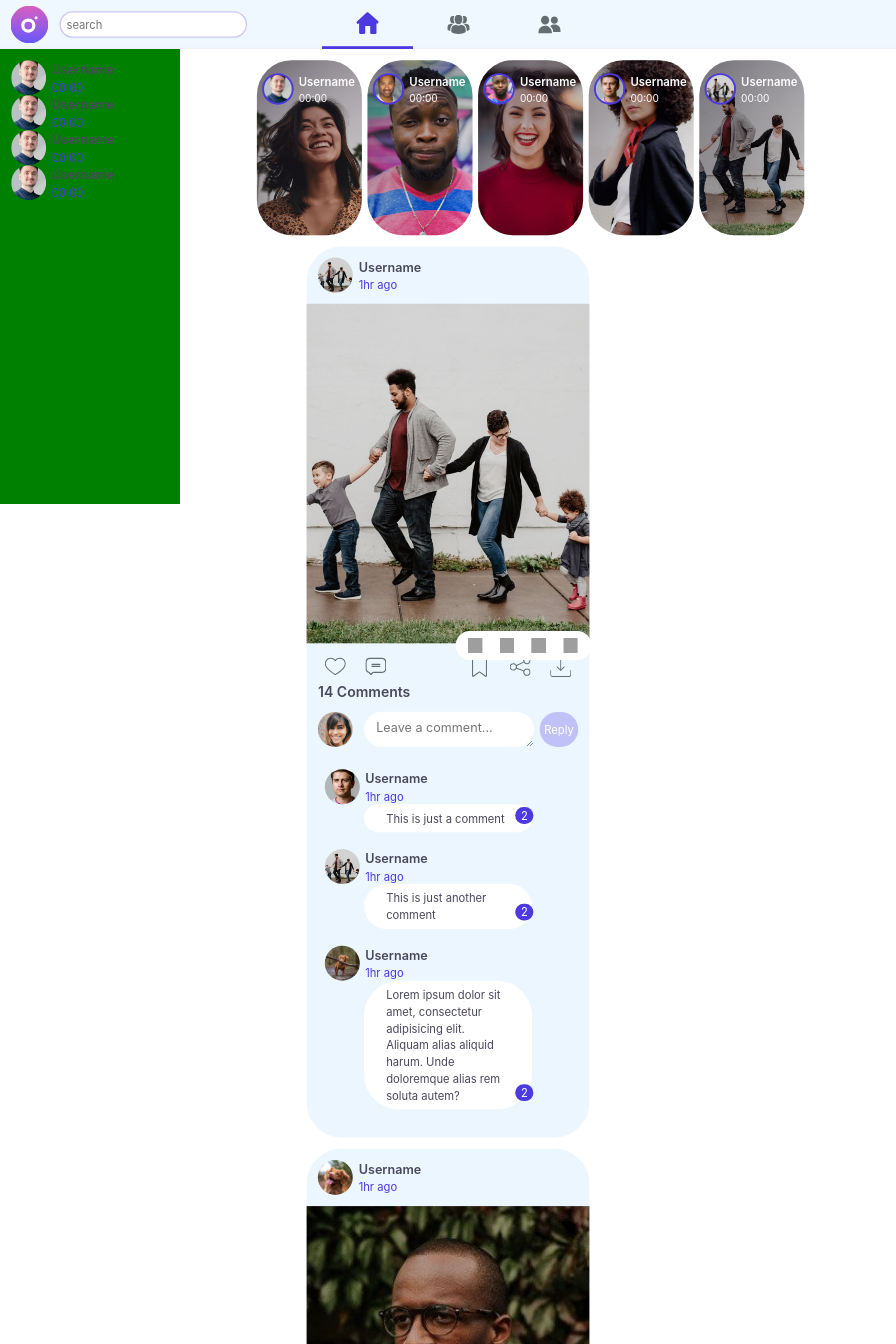
Repository: Flovet-stack/memic
Page: home.html
An editor plug-in stored every save of this project. The page is shown before and after the next save, followed by the edit.
The browser window is 1280 px wide. The pictures show the part of the page from y = 0 to 1920 px (the page is 3302 px tall), at 70% of full size.
Pictures or frames that could not be fetched are drawn as grey boxes. Some web fonts or font styles are not loaded; a fallback is used.

Above is the page before, as saved 2020-10-17 19:12:54.
Console error: TypeError: Cannot read properties of undefined (reading 'fn')

After the next save:
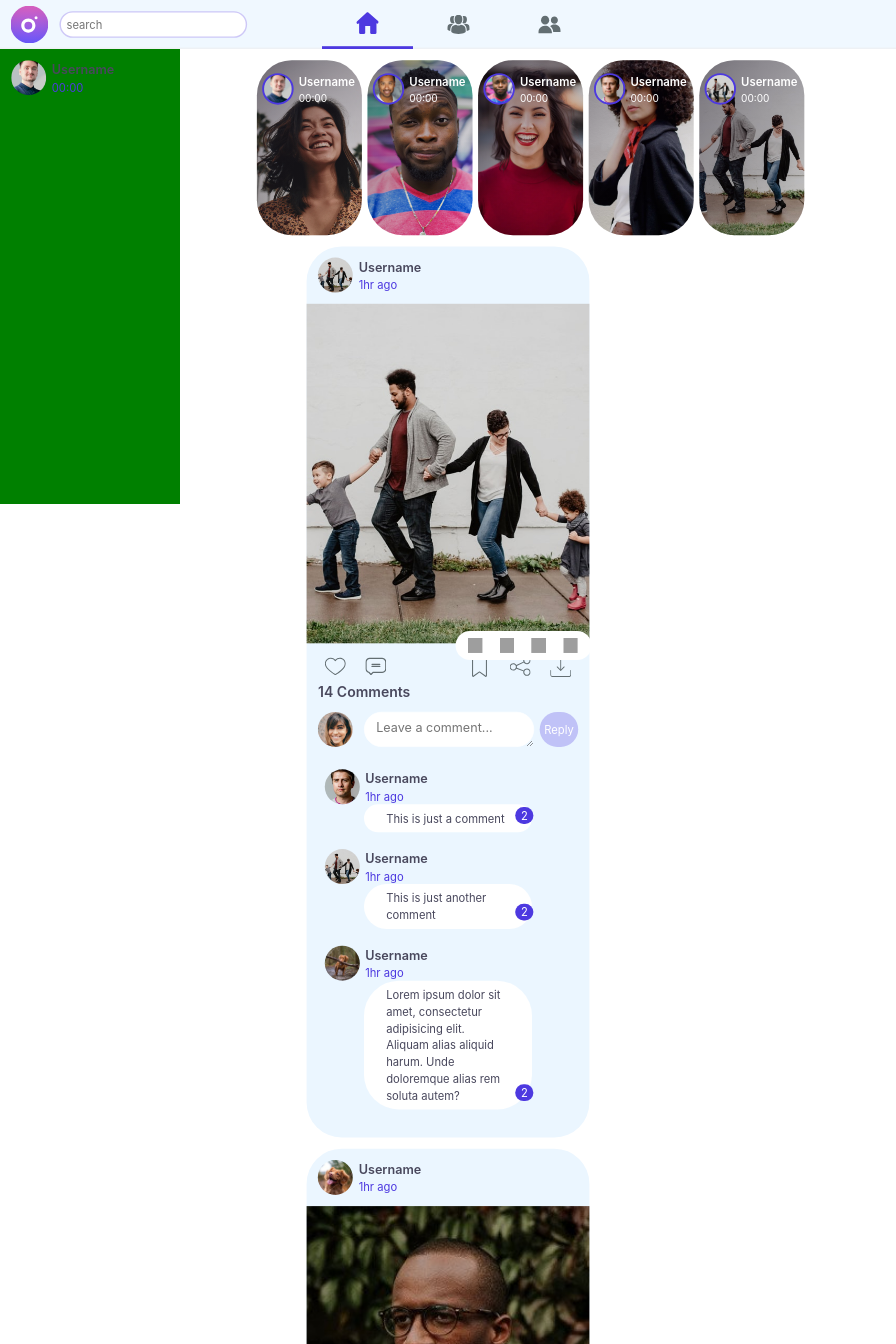
Saved 41 s later.
--- a/home.html
+++ b/home.html
@@ -55,27 +55,6 @@
                         <div class="card-time">00:00</div>
                     </div>
                 </a>
-                <a href="#" class="user-card">
-                    <div class="user-card-pic" style="background: url('assets/images/photo1.png');"></div>
-                    <div class="user-card-detail">
-                        <div class="username">Username</div>
-                        <div class="card-time">00:00</div>
-                    </div>
-                </a>
-                <a href="#" class="user-card">
-                    <div class="user-card-pic" style="background: url('assets/images/photo1.png');"></div>
-                    <div class="user-card-detail">
-                        <div class="username">Username</div>
-                        <div class="card-time">00:00</div>
-                    </div>
-                </a>
-                <a href="#" class="user-card">
-                    <div class="user-card-pic" style="background: url('assets/images/photo1.png');"></div>
-                    <div class="user-card-detail">
-                        <div class="username">Username</div>
-                        <div class="card-time">00:00</div>
-                    </div>
-                </a>
 
             </div>
             <div class="home-center">
